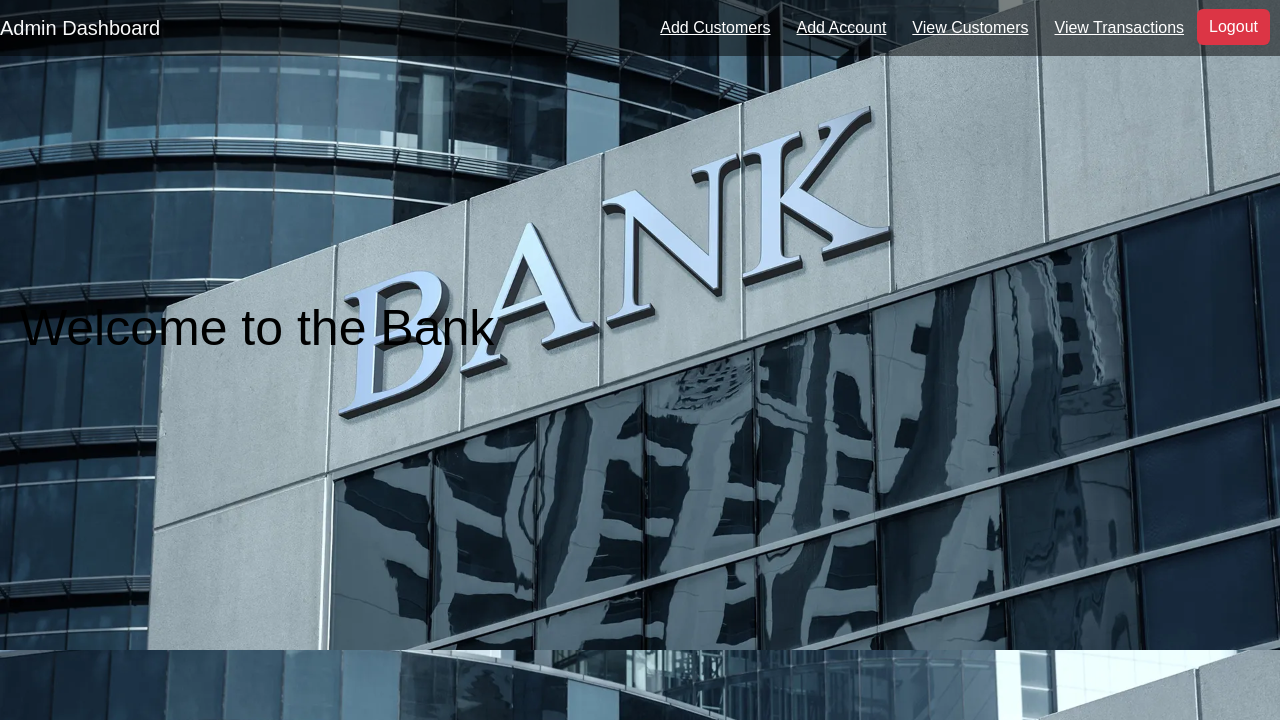
Repository: prathamsuhasia/swabhav-mini-project
Page: http://localhost/01-mini-project/Admin.jsp
The author's editor kept a copy of each file at every save. The page is drawn from the files as they stood at one save, then again after the next save.
The browser window is 1280 px wide. The pictures show the whole page.
The page is served by Tomcat 9. The session is filled in as if someone had signed in: {"username": "testuser", "admin": "admin"}. Other server files are loaded and not shown.

Above is the page before, as saved 2024-08-15 16:17:38.

### 01-mini-project/WebContent/Admin.jsp
<%@ page language="java" contentType="text/html; charset=ISO-8859-1"
	pageEncoding="ISO-8859-1"%>
<%
	response.setHeader("Cache-Control", "no-cache, no-store, must-revalidate");
	response.setHeader("Pragma", "no-cache");
	response.setDateHeader("Expires", 0);
%>
<%
	HttpSession sessions = request.getSession(false);
	if (session == null || !"admin".equals(session.getAttribute("admin"))) {
		// No session or user not logged in, redirect to the login page
		response.sendRedirect("Index.jsp");
		return;
	}
%>
<!DOCTYPE html>
<html>
<head>
<meta http-equiv="Content-Type" content="text/html; charset=ISO-8859-1">
<title>Dashboard</title>
<link
	href="https://cdn.jsdelivr.net/npm/bootstrap@5.3.0/dist/css/bootstrap.min.css"
	rel="stylesheet">
<style>
body {
	background-image: url('Bank.webp');
	background-size: cover;
	background-position: center;
	color: #fff;
	font-family: Arial, sans-serif;
	position: relative;
    z-index: 1;
}

.navbar {
	background-color: rgba(0, 0, 0, 0.5);
	margin-bottom: 20px;
}

.navbar-brand {
	color: #f8f9fa;
}

.navbar-nav .nav-link {
	color: #f8f9fa !important;
}

.navbar-nav .nav-link:hover {
	color: #e9ecef !important;
}

.btn-logout {
	background-color: #dc3545;
	border: none;
	color: #fff;
	margin-right: 10px;
}

.btn-logout:hover {
	background-color: #c82333;
	color: #fff;
}

.welcome-message {
	display: flex;
	align-items: center;
	color: black;
	height: 70vh;
	justify-content: flex-start;
	padding-left: 20px;
	font-size: 50px;
}

.container {
	background-color: rgba(0, 0, 0, 0.6);
	padding: 20px;
	border-radius: 10px;
}


</style>
</head>
<body>
	<nav class="navbar navbar-expand-lg">
		<a class="navbar-brand" href="#">Admin Dashboard</a>
		<div class="collapse navbar-collapse justify-content-end">
			<ul class="navbar-nav">
				<li class="nav-item">
					<form action="AdminController" method="post" class="nav-item">
						<button type="submit" name="action" value="AddCustomers"
							class="btn btn-link"style="color:white;">Add Customers</button>
					</form>
				</li>
				<li class="nav-item">
					<form action="AdminController" method="post" class="nav-item">
						<button type="submit" name="action" value="AddAccount"
							class="btn btn-link" style="color:white;">Add Account</button>
					</form>
				</li>
				<li class="nav-item">
					<form action="AdminController" method="post" class="nav-item">
						<button type="submit" name="action" value="ViewCustomers"
							class="btn btn-link" style="color:white;">View Customers</button>
					</form>
				</li>
				<li class="nav-item">
					<form action="AdminController" method="post" class="nav-item">
						<button type="submit" name="action" value="ViewTransactions"
							class="btn btn-link" style="color:white;">View Transactions</button>
					</form>
				</li>
				<li class="nav-item">
					<form action="LogoutServlet">
						<button type="submit" class="btn btn-logout">Logout</button>
					</form>
				</li>
			</ul>
		</div>
	</nav>

	<div class="welcome-message">Welcome to the Bank</div>

	<script src="https://code.jquery.com/jquery-3.6.0.min.js"></script>
	<script
		src="https://cdn.jsdelivr.net/npm/bootstrap@5.3.0/dist/js/bootstrap.bundle.min.js"></script>
</body>
</html>

After the next save:
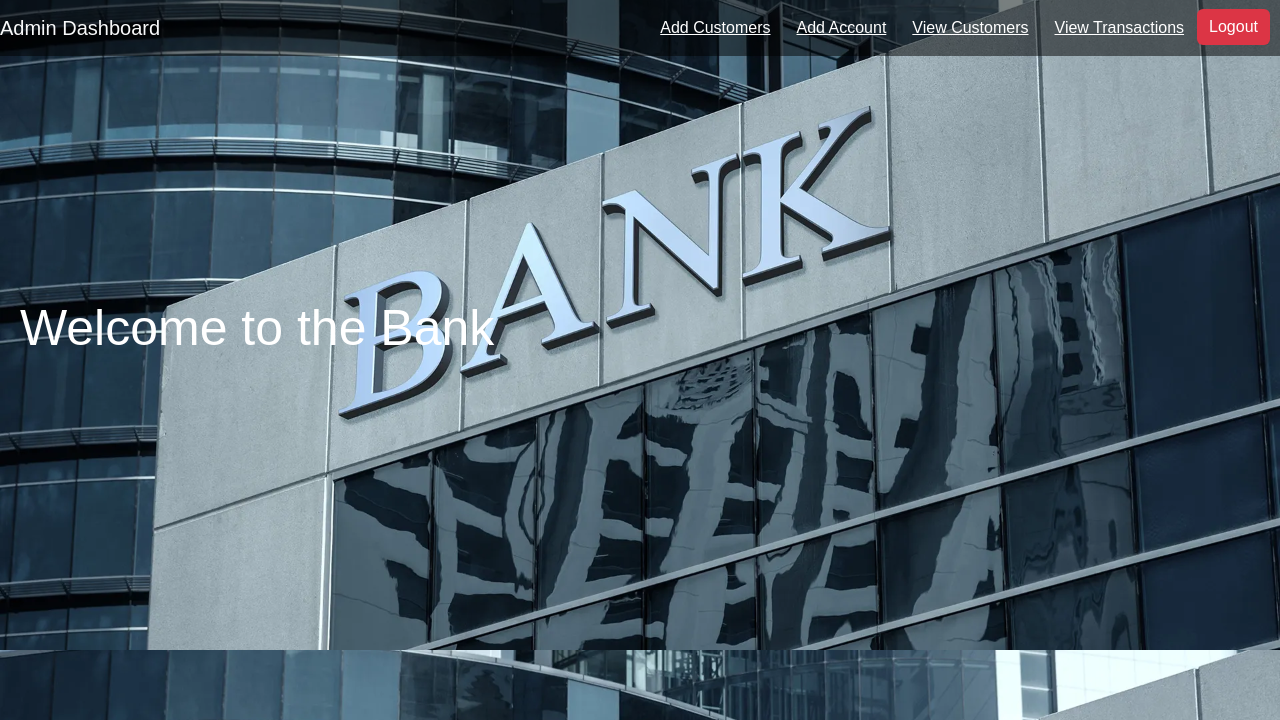
Saved 18 s later.
--- a/01-mini-project/WebContent/Admin.jsp
+++ b/01-mini-project/WebContent/Admin.jsp
@@ -64,7 +64,7 @@ body {
 .welcome-message {
 	display: flex;
 	align-items: center;
-	color: black;
+	color: white;
 	height: 70vh;
 	justify-content: flex-start;
 	padding-left: 20px;
